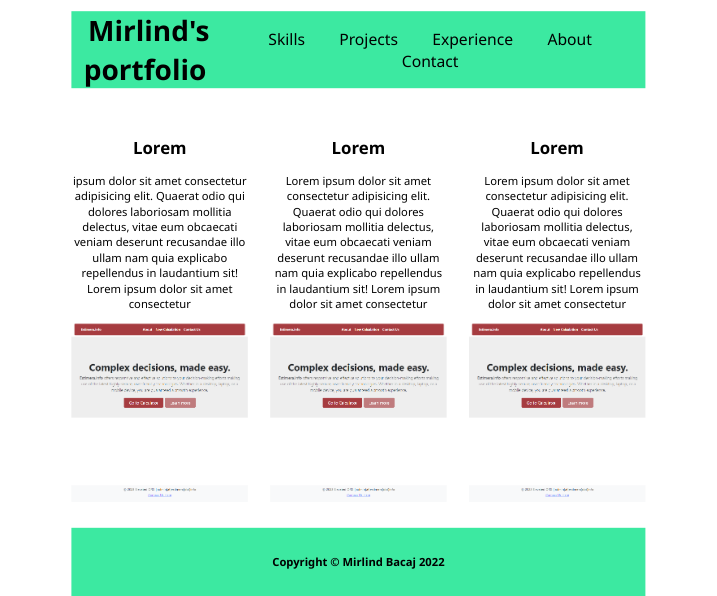
Repository: mirkbirki/mirkbirki.github.io
Page: index.html
An editor plug-in stored every save of this project. The page is shown before and after the next save, followed by the edit.
The browser window is 1024 px wide. The pictures show the part of the page from y = 0 to 2240 px (the page is 852 px tall before and 3455 px after), at 70% of full size.

Above is the page before, as saved 2022-11-10 16:14:07.

After the next save:
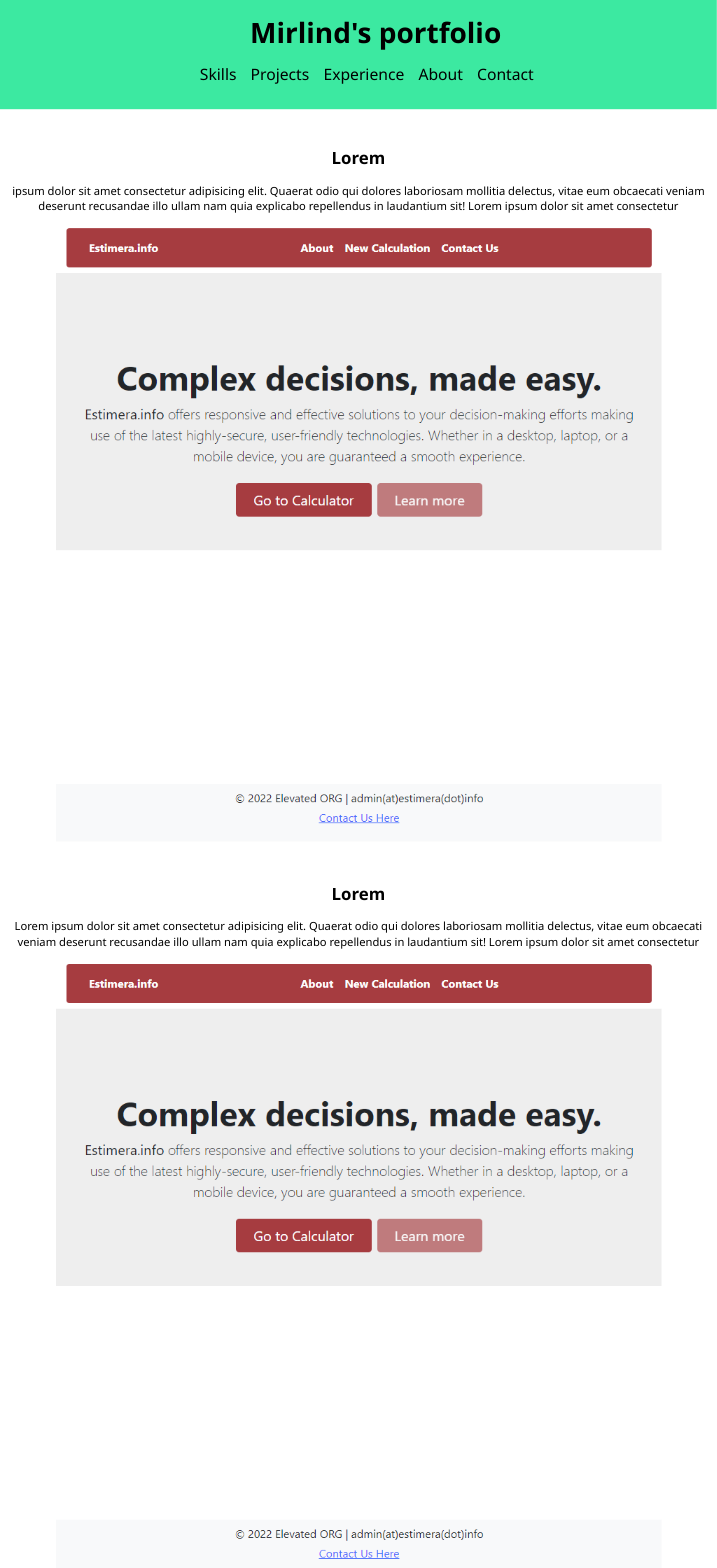
Saved 4 days later.
--- a/styles.css
+++ b/styles.css
@@ -25,13 +25,14 @@ body {
 
 .flex-container {
   display: flex;
+  padding: 1.2rem;
   background-color: rgb(60, 233, 161);
 }
 
 .brand {
   font-size: 1em;
-  margin: auto 1em auto 0;
-  width: 30%;
+  margin: auto 0.5em auto 0;
+  width: 40%;
 }
 
 .brand h1 {
@@ -50,7 +51,7 @@ body {
 
 .nav_bar li {
   display: inline-block;
-  margin-right: 2em;
+  margin-right: 1em;
   font-size: 1.4em;
 }
 
@@ -86,3 +87,104 @@ img {
   background-color: rgb(60, 233, 161);
   grid-column: 1/span 3;
 }
+
+@media screen and (max-width: 1260px) {
+
+  * {
+    font-family:'Segoe UI', Tahoma, Geneva, Verdana, sans-serif;
+  }
+
+  body {
+    margin: 0;
+  }
+
+  .grid-container {
+    display: grid;
+    grid-template-columns: auto;
+    text-align: center;
+    height: 100%;
+    width: 100%;
+    margin: 0 auto;
+    gap: 2rem;
+  }
+
+  .grid-item-1 {
+    grid-column: 1;
+    grid-row: 1;
+    margin: 0;
+  }
+
+  .flex-container {
+    display: flex;
+    flex-direction: column;
+    padding: 1.2rem;
+    background-color: rgb(60, 233, 161);
+  }
+
+  .brand {
+    font-size: 1rem;
+    margin: 0 auto;
+    width: 100%;
+    text-align: center;
+  }
+
+  .brand h1 {
+    margin-left: 5%;
+    font-size: 2.5rem;
+  }
+
+  .nav_bar {
+    margin: 0 auto;
+  }
+
+  .nav_bar ul {
+    list-style-type: none;
+  }
+
+  .nav_bar li {
+    margin-right: 1rem;
+    font-size: 1.4em;
+  }
+
+  .grid-item-2 {
+    grid-column: 1;
+    grid-row: 2;
+  }
+
+  .grid-item-2 p {
+    text-align: left;
+    padding-left: 0.7em;
+  }
+
+  img {
+    max-width: 100%;
+  }
+
+  .grid-item-3 {
+    grid-column: 1;
+    grid-row: 3;
+  }
+
+  .grid-item-3 p {
+    text-align: left;
+    padding-left: 0.7em;
+  }
+
+  .grid-item-4 {
+    grid-column: 1;
+    grid-row: 4;
+  }
+
+  .grid-item-4 p {
+    text-align: left;
+    padding-left: 0.7em;
+  }
+
+  .grid-item-5 {
+    background-color: rgb(60, 233, 161);
+    grid-column: 1;
+    margin-top: 1rem;
+  }
+}
+
+/* */
